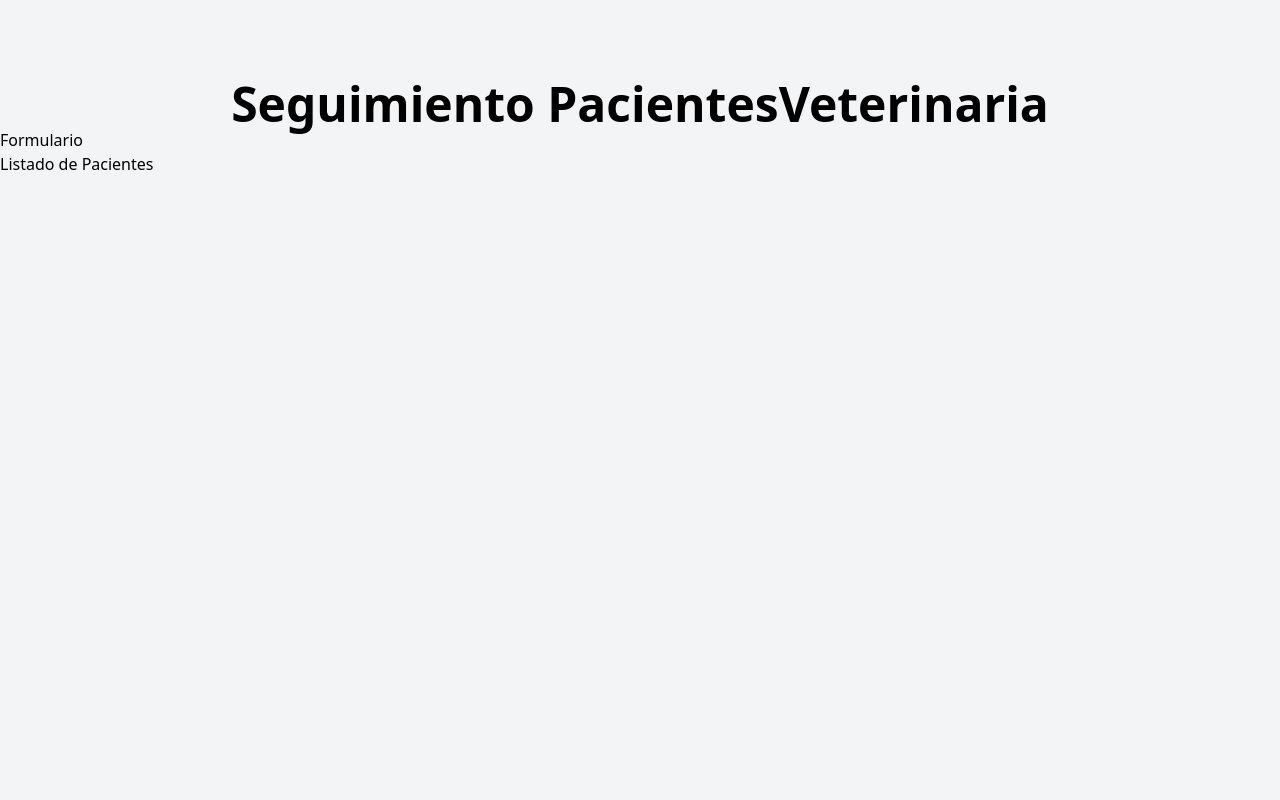
Repository: richardacb/citas_react_vite
Page: /
These files come from the project's save history. The page is drawn as it stood at one moment and after a run of saves; the edit follows.
The browser window is 1280 px wide. The pictures show the whole page.
The project was rebuilt for these pictures with package versions that can differ from the ones it lists, and the page was loaded fresh each time. Also part of the build but not shown: vite.config.js.

Above is the page before, as saved 2022-12-17 02:21:09.

After the next 2 saves:
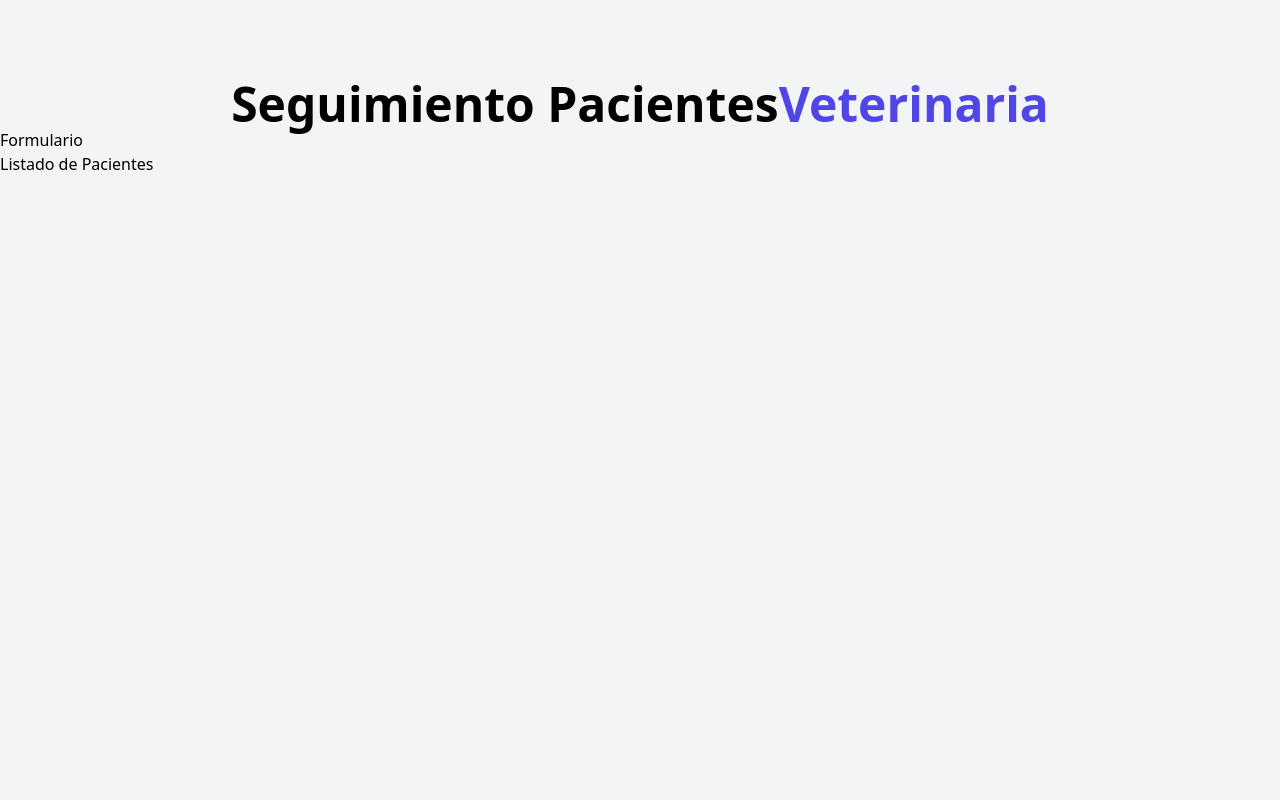
The 2 saves are shown as one change because they came seconds apart.
The last was saved 7 s later.
--- a/src/components/Header.jsx
+++ b/src/components/Header.jsx
@@ -2,7 +2,7 @@ function Header() {
   return (
     <>
         <h1 className="font-black text-5xl text-center">Seguimiento Pacientes
-         <span className="">Veterinaria</span></h1>
+         <span className="text-indigo-600">Veterinaria</span></h1>
     </>
   );
 }
